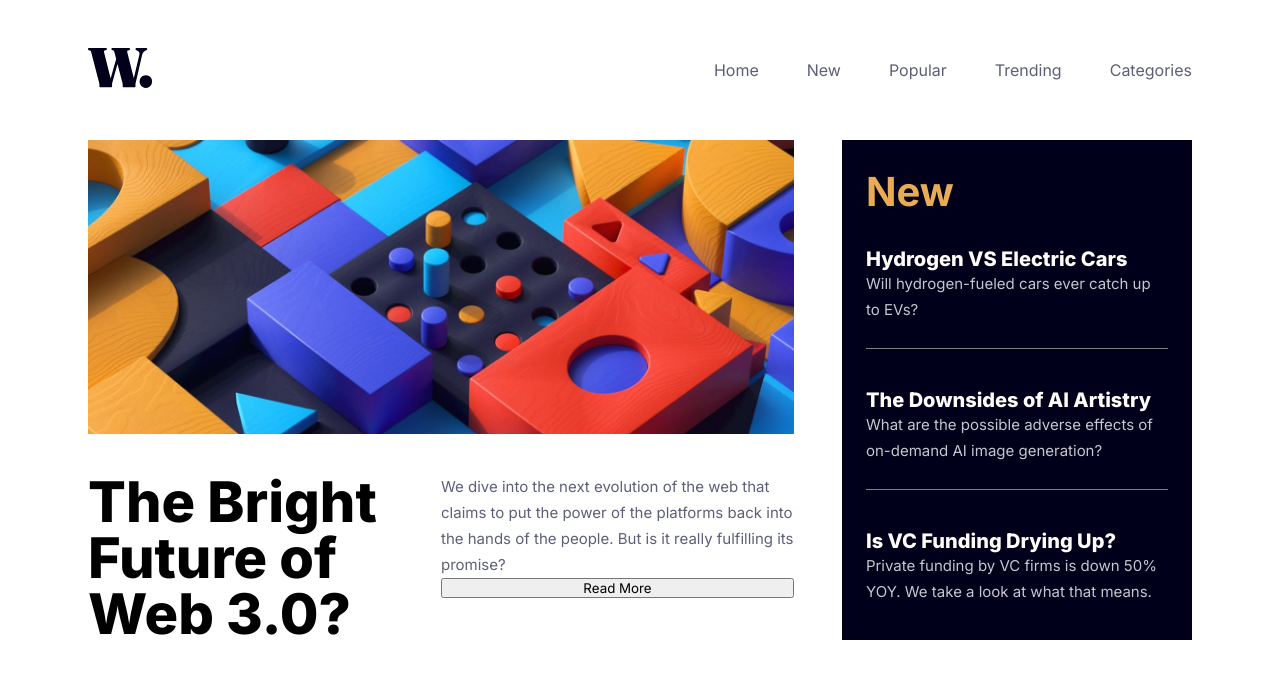
Repository: DevAntonioRogers/FrontendMentor-News-Homepage
Page: index.html
These files come from the project's save history. The page is drawn as it stood at one moment and after the next save; the edit follows.
The browser window is 1280 px wide. The pictures show the whole page.

Above is the page before, as saved 2023-04-21 12:48:53.

### index.html
<!DOCTYPE html>
<html lang="en">
  <head>
    <meta charset="UTF-8" />
    <meta http-equiv="X-UA-Compatible" content="IE=edge" />
    <meta name="viewport" content="width=device-width, initial-scale=1.0" />
    <link rel="stylesheet" href="styles.css" />
    <title>Document</title>
  </head>
  <body>
    <nav>
      <div class="logo">
        <img src="./assets/logo.svg" alt="logo" />
      </div>
      <ul class="nav-menu">
        <li>Home</li>
        <li>New</li>
        <li>Popular</li>
        <li>Trending</li>
        <li>Categories</li>
      </ul>
      <div class="mobile-icons">
        <img src="./assets/icon-menu.svg" alt="" />
        <img src="./assets/icon-menu-close.svg" alt="" />
      </div>
    </nav>

    <section class="hero">
      <div class="left">
        <picture>
          <source srcset="assets/image-web-3-mobile.jpg" media="(max-width: 768px)" />
          <img src="assets/image-web-3-desktop.jpg" alt="banner" />
        </picture>
        <article class="hero-article">
          <div>
            <h1>The Bright Future of Web 3.0?</h1>
          </div>
          <div>
            <p>
              We dive into the next evolution of the web that claims to put the power of the platforms back into the
              hands of the people. But is it really fulfilling its promise?
            </p>
            <button>Read More</button>
          </div>
        </article>
      </div>

      <div class="right">
        <h1>New</h1>

        <div>
          <h3>Hydrogen VS Electric Cars</h3>
          <p>Will hydrogen-fueled cars ever catch up to EVs?</p>
        </div>

        <div>
          <h3>The Downsides of AI Artistry</h3>
          <p>What are the possible adverse effects of on-demand AI image generation?</p>
        </div>

        <div>
          <h3>Is VC Funding Drying Up?</h3>
          <p>Private funding by VC firms is down 50% YOY. We take a look at what that means.</p>
        </div>
      </div>
    </section>
  </body>
</html>

### styles.css
@import url('https://fonts.googleapis.com/css2?family=Inter:wght@400;700;800&display=swap');

*{
  box-sizing: border-box;
  margin: 0;
  padding: 0;
  font-family: 'Inter', sans-serif;
}

/* img{
  width: 100%;
  height: 100%;
} */

body{
  max-width: 1200px;
  margin: auto;
  padding: 3rem;
}

a{
  text-decoration: none;
}

li{
  list-style: none;
}

/* NAVBAR STYLES */

nav{
  display: flex;
  justify-content: space-between;
  align-items: center;
}

.nav-menu{
  display: flex;
  gap: 3rem;
}

.nav-menu{
  color: hsl(236, 13%, 42%);
}

.mobile-icons{
  display: none;
}

/* HERO STYLES */

.hero{
  display: flex;
  justify-content: center;
  gap: 3rem;
  margin-top: 3rem;
  max-height: 500px;
}

.left{
  display: flex;
  flex-direction: column;
}

.left img{
  max-width: 100%;
  height: 100%;
}

.hero-article{
  display: flex;
  margin-top: 2.5rem;
}

.hero-article h1{
  font-weight: 800;
  font-size: 56px;
  line-height: 56px;
}

.hero-article div{
  display: flex;
  flex-direction: column;
  flex: 1;
}

.hero-article button{

}

.hero-article p{
  font-weight: 400;
  font-size: 15px;
  line-height: 26px;
  color: hsl(236, 13%, 42%);
}











.right{
  background-color: hsl(240, 100%, 5%);
  color: white;
  padding: 2rem 1.5rem;
  display: flex;
  flex-direction: column;
  gap: 2rem;
  min-width: 350px;
}

.right h1{
  font-size: 40px;
  color: hsl(35, 77%, 62%);
  line-height: 40px;
  font-weight: 700;
}

.right h3 {
  font-weight: 800;
  font-size: 20px;
  line-height: 24px;
  color: hsl(36, 100%, 99%);
}

.right p{
  font-weight: 400;
  font-size: 15px;
  line-height: 26px;
  color: hsl(233, 8%, 79%);
}

.right div{
  margin: auto;
  border-bottom: solid 1px grey;
  padding-bottom: 25px;
}

.right div:nth-child(4){
  border: none;
  padding-bottom: 0;
}

After the next save:
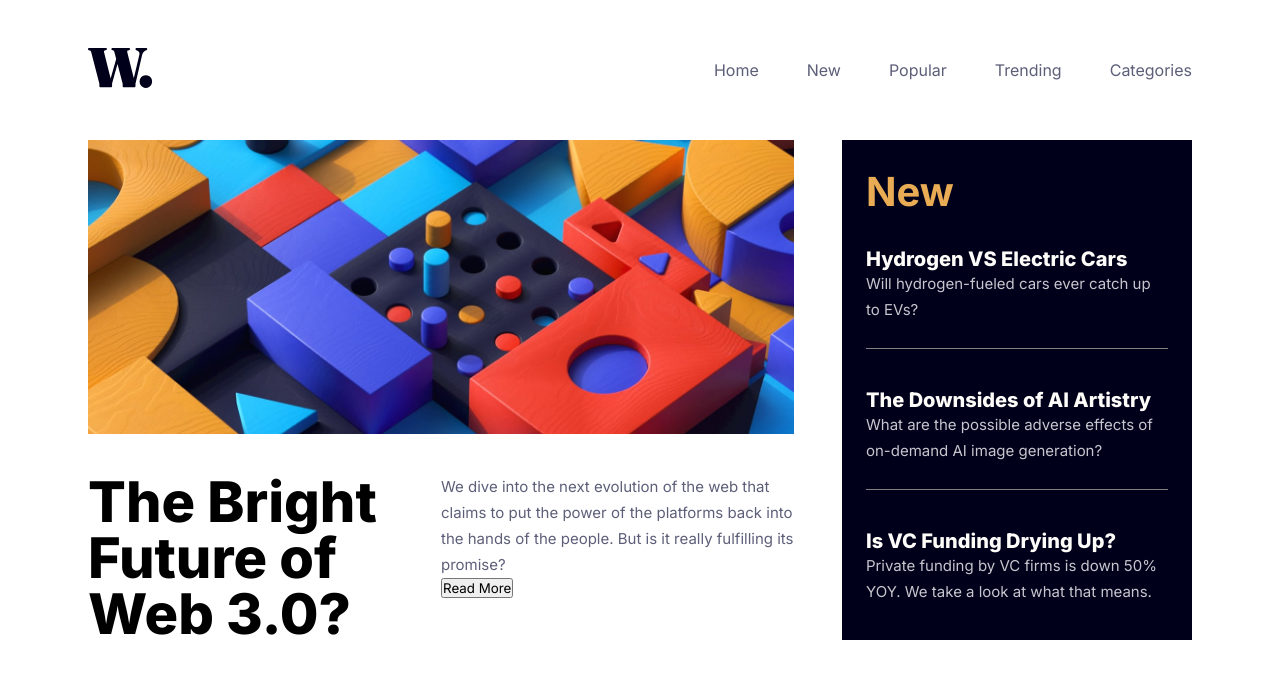
Saved 16 s later.
--- a/styles.css
+++ b/styles.css
@@ -85,7 +85,7 @@ nav{
 }
 
 .hero-article button{
-
+  align-self: baseline;
 }
 
 .hero-article p{
